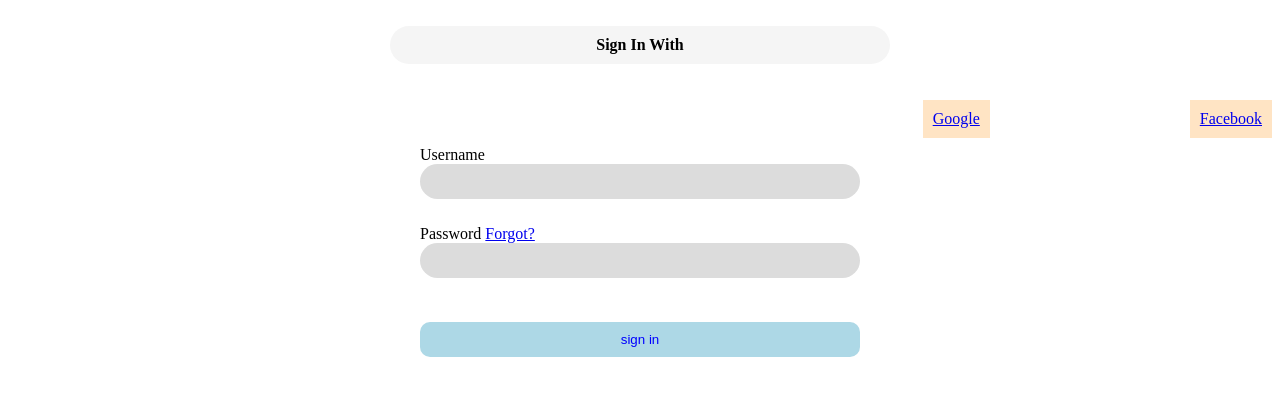
Repository: Tobby004/bdc-assignment-2
Page: index.html
An editor plug-in stored every save of this project. The page is shown before and after the next save, followed by the edit.
The browser window is 1280 px wide. The pictures show the whole page.

Above is the page before, as saved 2023-02-11 07:14:05.

### index.html
<!DOCTYPE html>
<html lang="en">
<head>
    <meta charset="UTF-8">
    <meta http-equiv="X-UA-Compatible" content="IE=edge">
    <meta name="viewport" content="width=<device-width>, initial-scale=1.0">
    <title>Document</title>
    <link rel="stylesheet" href="task.css">
</head>
<body>
    <header>
    <div class="box-container">
        <div class="box1">
        <br>
            <b>
             Sign In With
            </b>
        <br>
        <br>
        <a href="#">
            Facebook</a>
            <a href="#">
                Google
            </a>
        </div>
            </div>
        </header>


        <div class="form-input">
        <p>Username
            <br>
            <input type="text" placeholder="" />
        </p>
         <p>Password
            <a href="#">Forgot?</a>
            <br>
            <input type="password" />
         </p>
         <br>
         <button>sign in</button>
        </div>

</body>
</html>

### task.css
*{
    box-sizing:border-box;
}
header b {
    background-color:whitesmoke ;
    display: flex;
    padding: 10px;
    border-radius: 40px;
    margin-right: auto;
    margin-left: auto;
    max-width: 500px;
    justify-content: center;
}
header a {
    padding: 10px;
    display: flexbox;
    background-color: bisque;
    margin-left: 200px;
    float: inline-end;
    max-width: 500px
}
.form-input{
    display: block;
    max-width: 500px;
    height: 10px;
    padding: 30px;
    margin-left: auto;
    margin-right: auto;
}
input {
    background-color: gainsboro;
    display: flexbox;
    padding: 10px;
    width: 100%;
    border: none;

    border-radius: 30px;
    margin-bottom: 10px;
}
button {
    display: block;
    padding: 10px;
    width: 100%;
    border: none;
    color: blue;
    border-radius: 10px;
    background: lightblue;
}

After the next save:
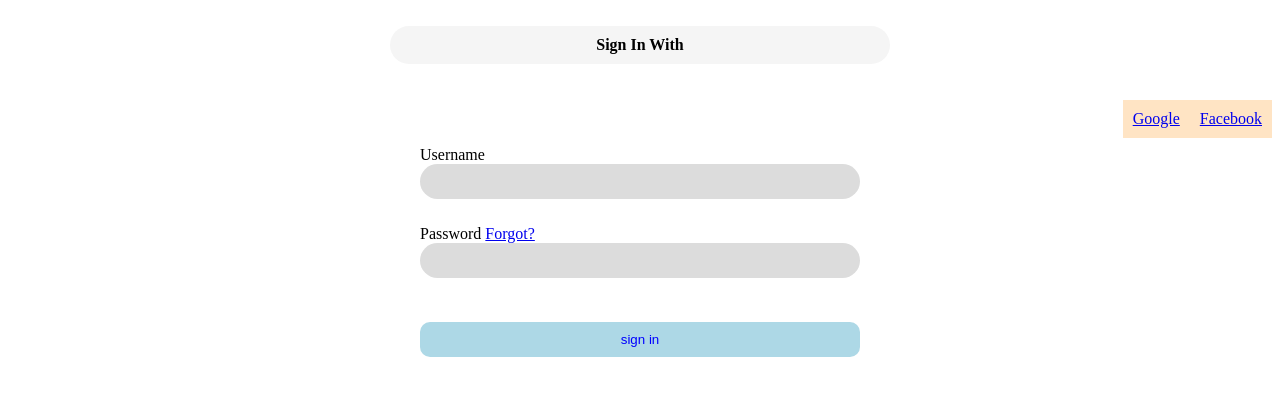
Saved 42 s later.
--- a/task.css
+++ b/task.css
@@ -13,9 +13,8 @@ header b {
 }
 header a {
     padding: 10px;
-    display: flexbox;
+    display: flex;
     background-color: bisque;
-    margin-left: 200px;
     float: inline-end;
     max-width: 500px
 }
